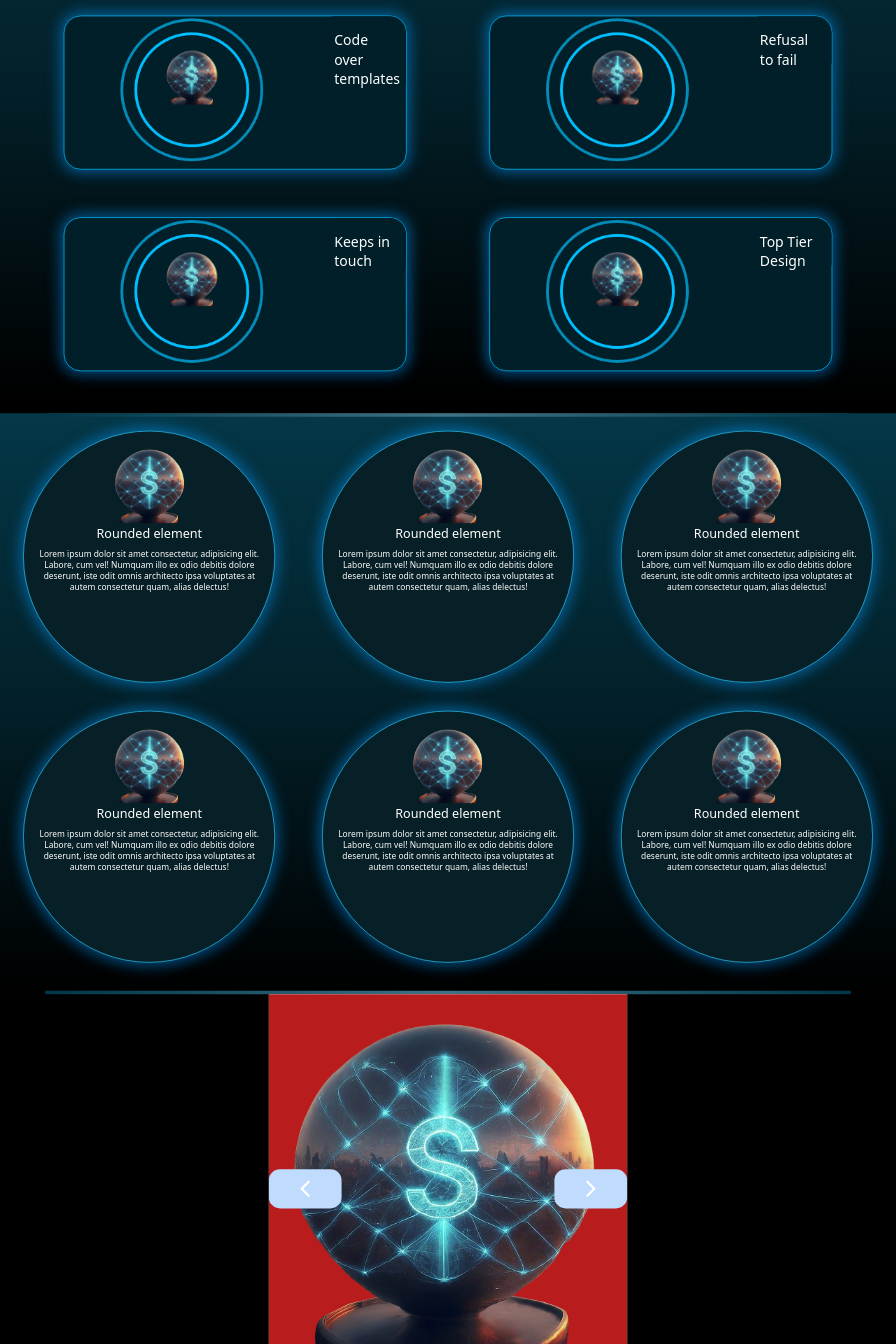
Repository: TMuse333/q3-desings2
Page: /
The author's editor kept a copy of each file at every save. The page is drawn from the files as they stood at one save, then again after the next save.
The browser window is 1280 px wide. The pictures show the part of the page from y = 1046 to 2966 px (the page is 2966 px tall), at 70% of full size.
The project was rebuilt for these pictures with package versions that can differ from the ones it lists, and the page was loaded fresh each time. Also part of the build but not shown: vite.config.ts.

Above is the page before, as saved 2024-05-11 13:47:55.

### src/main.tsx
import React from 'react'
import ReactDOM from 'react-dom/client'
import App from './App.js'
import './index.css'
import {ContextProvider} from './context/context'

ReactDOM.createRoot(document.getElementById('root')!).render(
  <ContextProvider>
  <React.StrictMode>
    <App />
  </React.StrictMode>
  </ContextProvider>,
)

### src/App.tsx


import './App.css'

import Homepage from './components/homepage/homepage'

function App() {


  return (
    <>
<Homepage/>
    </>
  )
}

export default App

### src/index.css
@tailwind base;
@tailwind components;
@tailwind utilities;

#root{
    background-color: black;
    height:100vh;
}

body{
    background-color: black;
}

button{
    padding:0.5rem 2rem;
    background-color: black;
    color:white;
    border-radius: 1rem;
}

h1{
    color:white;
    font-size: 2rem;
}

p{
    color:white;
    /* font-size: 1.5rem; */
}

button{
    background-color: #00769e;
}

.glow {
    box-shadow: 0 0 20px 5px #3e7384;
    box-shadow: 0 0 20px 5px #003647;
box-shadow: 0 0 20px 5px rgba(2, 148, 245, 0.5);
}

.glow:hover{
    box-shadow: 0 0 40px 5px rgba(2, 148, 245, 0.5);
}

### src/context/context.tsx
import React, { createContext, useState, useContext, ReactNode, useEffect } from 'react';

// Define the type for the context value
interface GeneralContextType {
  textYPosition: number;
  setTextYPosition: React.Dispatch<React.SetStateAction<number>>;
  isMobile: boolean;
  setIsMobile: React.Dispatch<React.SetStateAction<boolean>>;
  setSecondCircleComplete:React.Dispatch<React.SetStateAction<boolean[]>>;
  secondCircleComplete: boolean[];
  isMobile2: boolean;
  setIsMobile2: React.Dispatch<React.SetStateAction<boolean>>;
  handleCircleComplete: (index: number, value: boolean) => void;
}

// Create the context
export const GeneralContext = createContext<GeneralContextType | undefined>(undefined);

// Create a provider component
export const ContextProvider: React.FC<{ children: ReactNode }> = ({ children }) => {
  // Initialize the value state
  const [textYPosition, setTextYPosition] = useState<number>(0);

  // Detect mobile devices
  const [isMobile, setIsMobile] = useState<boolean>(window.innerWidth <= 655);

  const [isMobile2, setIsMobile2] = useState<boolean>(window.innerWidth <= 655);

  const [secondCircleComplete, setSecondCircleComplete] = useState<boolean[]>(
    Array.from({ length: 7 }, () => false)
  );

  const handleCircleComplete = (index: number, value: boolean) => {
    setSecondCircleComplete((prev) => {
      const newState = [...prev]; // Create a copy of the previous state array
      newState[index] = value; // Update the value at the specified index
      return newState; // Return the new state array
    });
  };



  useEffect(() => {
    const handleScroll = () => {
      setIsMobile(window.innerWidth <= 655);
    };
    window.addEventListener('scroll', handleScroll);
    handleScroll();

    return () => {
      window.removeEventListener('scroll', handleScroll);
    };
  }, []);

  useEffect(() => {
    const handleScroll = () => {
      setIsMobile2(window.innerWidth <= 400);
    };
    window.addEventListener('scroll', handleScroll);
    handleScroll();

    return () => {
      window.removeEventListener('scroll', handleScroll);
    };
  }, []);

  useEffect(() => {
    console.log('is mobile', isMobile);
  }, [isMobile]);

  const contextValue = {
    textYPosition,
    setTextYPosition,
    isMobile,
    setIsMobile,
    secondCircleComplete,
    setSecondCircleComplete,
    isMobile2,
    setIsMobile2,
    handleCircleComplete
  };

  return <GeneralContext.Provider value={contextValue}>{children}</GeneralContext.Provider>;
};

export const useGeneralContext = (): GeneralContextType => {
  const context = useContext(GeneralContext);
  if (!context) {
    throw new Error('useGeneralContext must be used within a ContextProvider');
  }
  return context;
};

### src/App.css
#root {
  max-width: 1280px;
  margin: 0 auto;
  padding: 2rem;
  text-align: center;
}

.logo {
  height: 6em;
  padding: 1.5em;
  will-change: filter;
  transition: filter 300ms;
}
.logo:hover {
  filter: drop-shadow(0 0 2em #646cffaa);
}
.logo.react:hover {
  filter: drop-shadow(0 0 2em #61dafbaa);
}

.h1{
  color:red;
}

@keyframes logo-spin {
  from {
    transform: rotate(0deg);
  }
  to {
    transform: rotate(360deg);
  }
}

@media (prefers-reduced-motion: no-preference) {
  a:nth-of-type(2) .logo {
    animation: logo-spin infinite 20s linear;
  }
}

.card {
  padding: 2em;
}

.read-the-docs {
  color: #888;
}

### src/components/homepage/homepage.tsx
import React from "react";
import { CircleInfoGraphic } from "../circleInfographic/circleInfoGraphic";
import Content from "../content/content";
import q3 from '../../media/q3-visuals-logo-2.png'
import TextFormat from "../textFormat/textFormat";

// import { TextParallaxContentExample } from "../parallaxText/parallaxText";
import MultiLayerParallax from "../mountainParallax/mountainParallax";
import ParticlesComponent from "../particles/particles";
import nobgLaptop from '../../media/Gemini_Generated_Image_r055a1r055a1r055-removebg-preview.png'
import moneyBall from '../../media/futuristic-money-ball-removebg-preview.png'
import { description1 } from "../../data/data";
import AlternatingText from "../alternatingText/alternatingText";

import CircleList from "../circleListElement/circleList";
import Carousel from "../carousel/carousel";


const Homepage: React.FC = () => {

    const images = [
        moneyBall,
        nobgLaptop,
        q3
    ]


    // useEffect(() => {
    //     const loadTime = window.performance.timing.loadEventEnd - window.performance.timing.navigationStart;
    //     console.log('Page load time:', loadTime, 'milliseconds');
    // }, []);



    return (
        <section className="absolute top-0 left-0 w-screen">


            {/* <ParticlesComponent/> */}
            <MultiLayerParallax/>

            {/* <TextParallaxContentExample/> */}

            {/* <Content
            mainTitle='Your digital presence is important'
            image={nobgLaptop}
            customText={null}
            reverse={true}
            description={description1}
            floatingImage={true}
            hasAnimation={true}
            />

            <AlternatingText/>

            <Content
            mainTitle='Benefits of a website'
            image={moneyBall}
            customText={<TextFormat
            isAnimated={true}
            reverse={false}/>}
            reverse={false}
            description={null}
            floatingImage={true}
            hasAnimation={true}

            /> */}



<div className="relative bg-gradient-to-b from-[#043747] via-[#032029] to-transparent w-screen">
<CircleList/>
</div>

<div className="relative bg-gradient-to-b from-[#043747] via-[#032029] to-transparent w-screen">

<CircleInfoGraphic/>
</div>

{/* <div className="max-w-lg mr-auto ml-auto"> */}
<Carousel images={images}

/>
{/* </div> */}



        </section>
    )
}


export default Homepage

### src/components/circleInfographic/circleInfoGraphic.tsx
import React, {useState,useRef } from "react";
import ball from '../../media/futuristic-money-ball-removebg-preview.png'
import { motion,Variants} from 'framer-motion'
import useIntersectionObserver from "../intersectionObserver/intersectionObserver";
interface CircleProps {
    image:string
}

const CircleElement: React.FC<CircleProps> = ({image}) => {

    const [inView, setInView] = useState<boolean>(false)

    const options = {
        root: null,
        rootMargin: '-25px',
        threshold: 1,
    };

    // Apply intersection observer hook to detect when the component is in view
    const componentRef = useIntersectionObserver(setInView, options);

    const circleVariants:Variants =  {
        initial:{
            opacity:0,
            y:-60
        },
        animate:{
            opacity:1,
            y:0
        }
    }

    return (
        <motion.section
        ref={componentRef}
        variants={circleVariants}
        initial='initial'
        animate={inView ? 'animate' : 'initial'}
         className={`mt-5 mb-5
        rounded-full bg-[#071f26] hover:bg-[#0e3a47]
        mr-auto ml-auto transition-all
        h-[95vw] w-[95vw] border border-[#2dc0eb]
        flex flex-col  shadow-xl max-w-[360px]
        max-h-[360px]
        sm:w-[48vw] sm:h-[48vw]
        lg:w-[32vw] lg:h-[32vw]
        ${inView ? 'glow' : ''}`}>

            <div className="mt-4">
            <img className="w-[35vw]
            max-w-[115px] max-h-[115px] h-[35vw]
            sm:w-[10vw] sm:h-[10vw] object-cover
            mr-auto ml-auto"
            src={image}
            />
            <h1 className="text-3xl sm:text-lm lg:text-lg ">Rounded element</h1>
            <p className=" ml-auto mr-auto text-sm sm:text-xs pr-5 pl-5 pt-2">Lorem ipsum dolor sit amet consectetur, adipisicing elit. Labore, cum vel! Numquam illo ex odio debitis dolore deserunt, iste odit omnis architecto ipsa voluptates at autem consectetur quam, alias delectus!</p>
            </div>
        </motion.section>
    )
}


export const CircleInfoGraphic = () => {

    return (
        <>
          <div className="mt-5
        w-[90vw] h-[5px]
         bg-gradient-to-r from-[#003647] via-[#3e7384] to-[#003647]
        ml-auto mr-auto rounded-[200rem]
        ">

       </div>
        <section className={`flex
         justify-center flex-col items-center
          sm:grid sm:grid-cols-2 lg:grid-cols-3
           gap-4 lg:gap-0 w-screen max-w-[1500px]  ml-auto mr-auto
          `}>
            <CircleElement
            image={ball}/>
             <CircleElement
            image={ball}/>
                  <CircleElement
            image={ball}/>
             <CircleElement
            image={ball}/>
             <CircleElement
            image={ball}/>
                  <CircleElement
            image={ball}/>
        </section>
        <div className="mt-5
        w-[90vw] h-[5px]
         bg-gradient-to-r from-[#003647] via-[#3e7384] to-[#003647]
        ml-auto mr-auto rounded-[200rem]">

       </div>
       </>
    )
}

### src/components/mountainParallax/mountainParallax.tsx
import  { useRef } from "react";
import bottom from '../../media/bottom-mountain.png'

import full from '../../media/no-bg-mountain.png'
import q3 from '../../media/q3-words.png'
import { motion, useScroll, useTransform } from 'framer-motion'

export default function MultiLayerParallax() {
    const ref = useRef(null);
    const { scrollYProgress } = useScroll({
      target: ref,
      offset: ["start start", "end start"],
    });
    const backgroundY = useTransform(scrollYProgress, [0, 1], ["0%", "100%"]);
    const textY = useTransform(scrollYProgress, [0, 1], ["-20%", "200%"]);

    return (
      <div
        ref={ref}
        className="w-full h-screen overflow-hidden relative grid place-items-center"
      >
       {/* <motion.div className="z-10 relative"
         style={{ y: textY }}> */}
        <motion.img
style={{
    y:textY
}}
        src={q3}
          className="relative z-10 b"
        />
        {/* <motion.h1 className="relative z-10"
        style={{
            y:textY
        }}>
            slatry
        </motion.h1> */}


        <motion.p style={{
             y:textY
        }}
         className="text-white text-2xl relative z-10  mt-[-30rem] sm:-mt-[40rem]">Elevating Brands with discipline and creativity
         </motion.p>
         {/* </motion.div> */}


        <motion.div
          className="absolute inset-0 z-0"
          style={{
            backgroundImage: `url(${full})`,
            backgroundPosition: "bottom",
            backgroundSize: "cover",
            y: backgroundY,
          }}
        />
        <div
          className="absolute inset-0 z-20"
          style={{
            backgroundImage: `url(${bottom})`,
            backgroundPosition: "bottom",
            backgroundSize: "cover",
          }}
        />
      </div>
    );
  }

### src/components/circleListElement/circleList.tsx
import React, {useState} from "react";
import AppearingCircle from "../circleContent/appearingCircle";
import ball from '../../media/futuristic-money-ball-removebg-preview.png'
import {motion, Variants} from 'framer-motion'
import { useGeneralContext } from "../../context/context";
import laptop from '../../media/Gemini_Generated_Image_r055a1r055a1r055-removebg-preview.png'
import useIntersectionObserver from "../intersectionObserver/intersectionObserver";

interface CircleProps {
    image:string,
    title: string,
    description:string

    index:number
secondCircleComplete: boolean,
handleCircleComplete: (index: number, value: boolean) => void;
}

const CircleListElement: React.FC<CircleProps> = ({image,title, description,
    handleCircleComplete,secondCircleComplete,index
}) => {

    const [descriptionClicked, setDescriptionClicked] = useState<boolean>(false)

    function handleDescriptionClick() {
        setDescriptionClicked(!descriptionClicked)
    }





    const { isMobile }  = useGeneralContext()

    const headerVariants: Variants = {
        initial:{
            opacity:0,
            y: isMobile ? -20 : 0,
        },
        animate:{
            opacity:1,
            y:0,
            transition:{
                delay: 0.3
            }
        }

    }




    return (
        <div className=" relative flex glow justify-center  md:h-[220px]
        h-[220px] sm:h-[auto]
        md:flex-row w-[calc(100vw-5px)]  md:w-[40vw] sm2:w-[40vw] items-center sm:items-start mb-10 md:mt-3 bg-[#011f29]
        rounded-3xl max-w-[490px] ml-auto mr-auto border border-q-blue">
<AppearingCircle
secondCircleComplete={secondCircleComplete}
handleCircleComplete={handleCircleComplete}
image={image}
index={index}


/>
<section className="relative text-left pr-0 flex flex-col bg-[#011f29] rounded-3xl
h-auto min-h-0 max-h-full   items-center z-1">
<motion.h1
onClick={handleDescriptionClick}
variants={headerVariants}
initial={'initial'}
animate={secondCircleComplete ? 'animate' : 'initial'}
 className="text-white text-xl w-[80px]  ml-auto mr-auto mt-5
 "
>{title}
 </motion.h1>

<p className={`rounded-lg text-left mt-3 pl-3 pr-3 bg-blue-600 transition-height ease-in duration-300 bg-blue-800 ${descriptionClicked ? ' h-[220px] w-[125px] overflow-scroll pt-5 border-2 border-rose-500' : 'h-0 w-[125px]  overflow-hidden pt-0'}`}>
  {description}
</p>
</section>

        </div>
    )
}



const CircleList: React.FC = () => {

    const {secondCircleComplete, handleCircleComplete}
    = useGeneralContext()

    return (
        <>
        <h1>We get it done</h1>
 <section className="relative
         sm2:grid sm2:grid-cols-2 gap-4 max-w-[1200px] ml-auto
         mr-auto justify-center items-center
">
            {/* <div className="-translate-x-5"> */}
            <CircleListElement
            handleCircleComplete={handleCircleComplete}
            secondCircleComplete={secondCircleComplete[0]}
        index={0}
            image={ball}
            title='Absolute Tenacity'
            description='Be a man of your word'
            />
            {/* </div> */}
            <CircleListElement
            secondCircleComplete={secondCircleComplete[1]}
            handleCircleComplete={handleCircleComplete}
            index={1}
            image={laptop}

            title='Extreme Discipline'
            description='Gym. Code. Quantum Realm. Repeat'
            />

            <CircleListElement
            secondCircleComplete={secondCircleComplete[2]}
            handleCircleComplete={handleCircleComplete}
            index={2}
            image={ball}
            title='Code over templates'
            description='We are not template using pussies we write banging code'
            />

            <CircleListElement
            secondCircleComplete={secondCircleComplete[3]}
            handleCircleComplete={handleCircleComplete}
            index={3}
            image={ball}
            title='Refusal to fail'
            description='Gym. Code. Quantum Realm. Repeat'
            />

<CircleListElement
secondCircleComplete={secondCircleComplete[4]}
handleCircleComplete={handleCircleComplete}
index={4}
            image={ball}
            title='Keeps in touch'
            description='We are not template using pussies we write banging code'
            />

            <CircleListElement
            secondCircleComplete={secondCircleComplete[5]}
            handleCircleComplete={handleCircleComplete}
            index={5}
            image={ball}
            title='Top Tier Design'
            description='Gym. Code. Quantum Realm. Repeat'
            />



        </section>
        </>
    )
}

export default CircleList

### src/components/carousel/carousel.tsx
import React, {useState} from 'react'
import { ChevronLeft, ChevronRight } from "react-feather";

interface CarouselProps {
    images:string[]
}


const Carousel:React.FC<CarouselProps> = ({images}) =>{

    const [imageIndex, setImageIndex] = useState<number>(0)

    return (
      <div className="max-w-lg mr-auto ml-auto">
        <section className='overflow-hidden relative bg-red-200  '>

            <div className='flex bg-red-700 relative '>
                {images.map((image,index) => (
                    <img src={image}
                    key={index}
                    className='h-[500px]'
                    style={{
                        transform:`translateX(-${imageIndex * 100}%)`
                    }}
                    />
                ))}
                    <div className='absolute w-[100%]
                    flex flex-row justify-between
                    top-[50%]'>



                <button className='bg-blue-200'>
                    <ChevronLeft
                    size={40}/>
                </button>

                <button className='bg-blue-200'>
                 <ChevronRight
                 size={40}/>
                </button>
            </div>
            </div>



        </section>
        </div>
    )
}

export default Carousel

### src/components/intersectionObserver/intersectionObserver.tsx
import { useEffect, useRef, Dispatch, SetStateAction } from "react";

interface IntersectionObserverOptions {
  root: Element | null;
  rootMargin?: string;
  threshold?: number | number[];
}

const useIntersectionObserver = (
  setInView: Dispatch<SetStateAction<boolean>>,
  options: IntersectionObserverOptions
) => {
  const componentRef = useRef<HTMLDivElement>(null);

  useEffect(() => {
    const observer = new IntersectionObserver(([entry]) => {
      // Update the state based on whether the component is in view
      if (entry.isIntersecting) {
        setInView(true);
        observer.disconnect();
      }
    }, options);

    if (componentRef.current) {
      observer.observe(componentRef.current);
    }

    return () => {
      if (componentRef.current) {
        observer.unobserve(componentRef.current);
      }
    };
  }, [setInView, options]);

  return componentRef;
};

export default useIntersectionObserver;

Loaded but not shown: index.html (common file); tailwind.config.js (21 lines, source omitted); src/components/circleContent/appearingCircle.tsx (297 lines, source omitted)

After the next save:
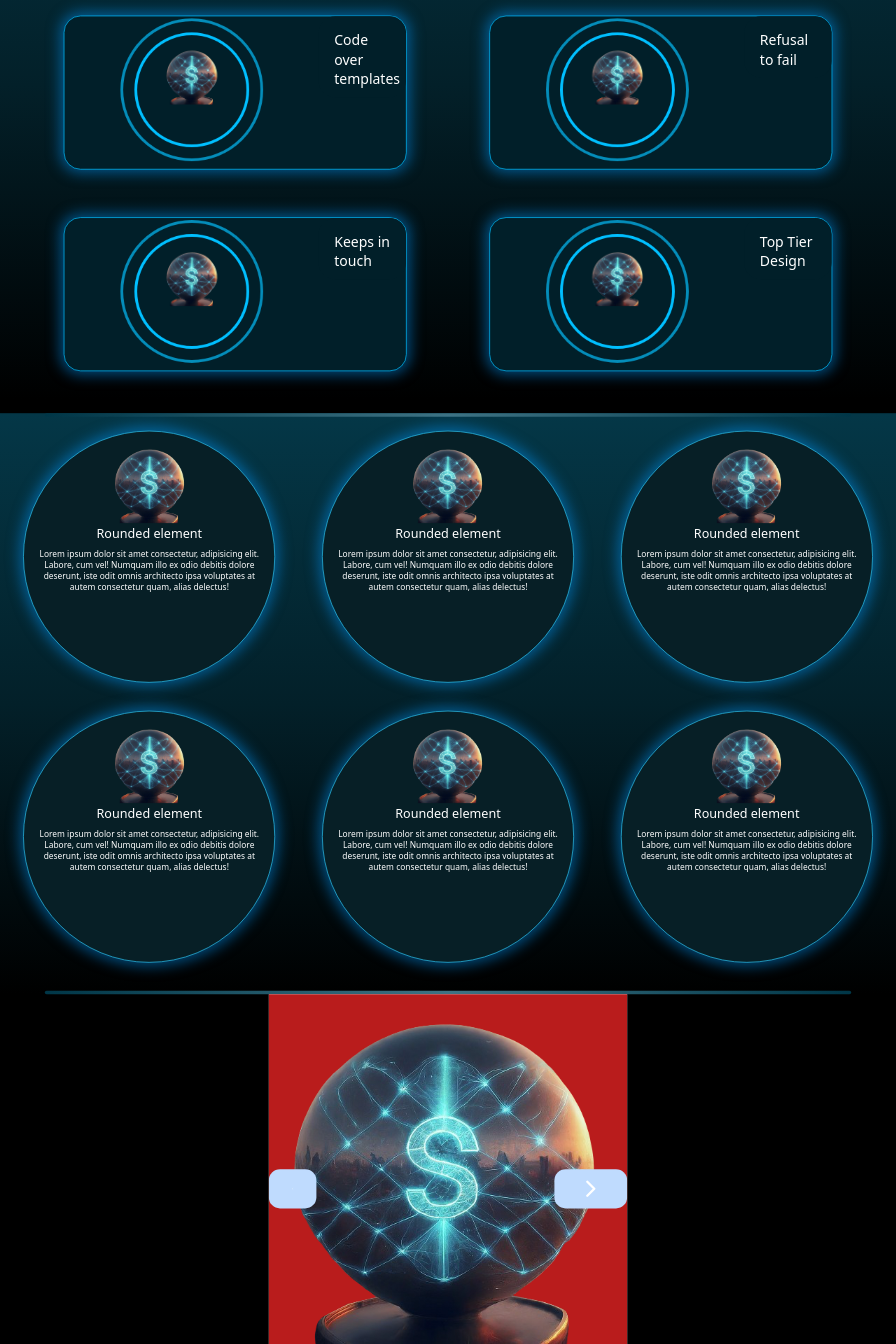
Saved 11 s later.
--- a/src/components/carousel/carousel.tsx
+++ b/src/components/carousel/carousel.tsx
@@ -32,7 +32,7 @@
 
                 <button className='bg-blue-200'>
                     <ChevronLeft
-                    size={40}/>
+                    size={4}/>
                 </button>
 
                 <button className='bg-blue-200'>

After the save that followed:
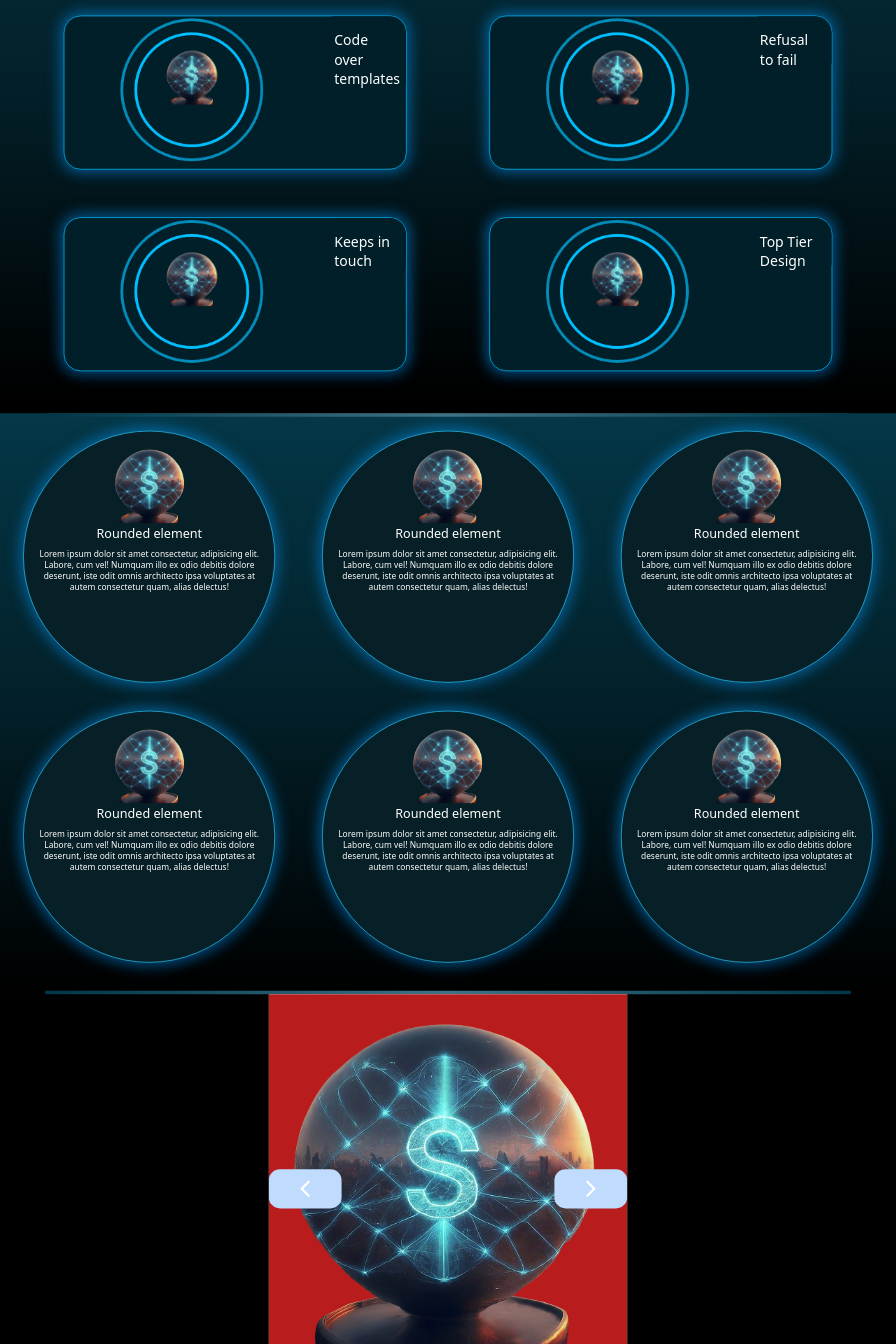
Saved 4 s later.
--- a/src/components/carousel/carousel.tsx
+++ b/src/components/carousel/carousel.tsx
@@ -32,7 +32,7 @@
 
                 <button className='bg-blue-200'>
                     <ChevronLeft
-                    size={4}/>
+                    size={40}/>
                 </button>
 
                 <button className='bg-blue-200'>
